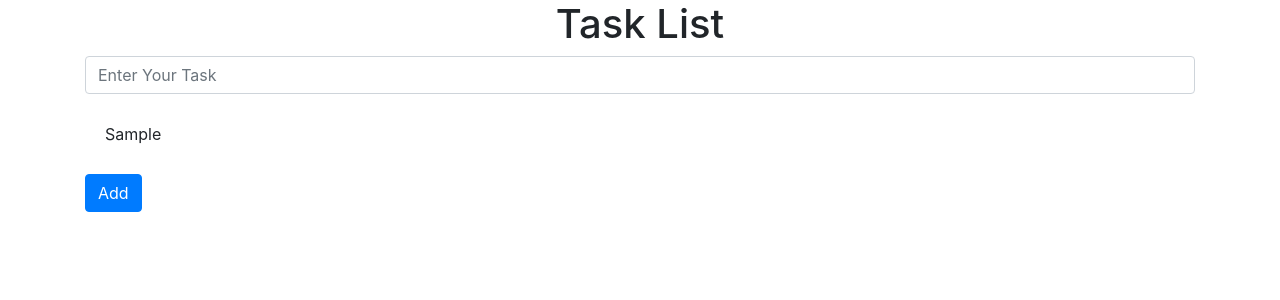
Repository: hoangphuong965/todolist
Page: index.html
The author's editor kept a copy of each file at every save. The page is drawn from the files as they stood at one save, then again after the next save.
The browser window is 1280 px wide. The pictures show the whole page.
Empty fields were first filled with sample values (such as "Sample", 5 or name@example.com).
After loading, the first visible `form.form` was submitted once.

Above is the page before, as saved 2020-09-04 14:18:53.

### index.html
<!DOCTYPE html>
<html lang="en">

<head>
     <meta charset="UTF-8">
     <meta name="viewport" content="width=device-width, initial-scale=1.0">
     <title>Document</title>
     <link rel="stylesheet" href="https://stackpath.bootstrapcdn.com/bootstrap/4.3.1/css/bootstrap.min.css"
          integrity="sha384-ggOyR0iXCbMQv3Xipma34MD+dH/1fQ784/j6cY/iJTQUOhcWr7x9JvoRxT2MZw1T" crossorigin="anonymous">
     <link rel="stylesheet" href="https://maxcdn.bootstrapcdn.com/font-awesome/4.7.0/css/font-awesome.min.css">
     <link rel="stylesheet" href="style.css">
</head>

<body>
     <div class="container">
          <h1 class="text-center">Task List</h1>
          <form class="form">
               <div class="form-group ">
                    <input type="text" class="form-control" style="outline-color: black;" placeholder="Enter Your Task">
               </div>
               <div class="list">
                    <!-- <ol class="list-group list-group-flush">
                         <li class="list-group-item grid">
                              <p>Cras justo odio</p>
                              <i class="fa fa-trash" aria-hidden="true"></i>
                         </li>
                    </ol> -->
               </div>
               <button type="submit" class="btn btn-primary">Add</button>
          </form>
     </div>
     <script src="app.js"></script>
</body>

</html>

### style.css
.grid {
  display: grid;
  grid-template-columns: auto auto;
}
i{
     margin-top: 3px;
     text-align: right;
}

### app.js
const input = document.querySelector("input");
let html = document.querySelector(".list");

const form = document.querySelector(".form");
form.addEventListener("submit", (e) => {
  e.preventDefault();
  add();
});

const add = () => {
  let ul = `
          <ol class="list-group list-group-flush grid">
               <li class="list-group-item">
                    <p>${input.value}</p>

               </li>
          </ol>
     `;
  input.value = "";
  html.innerHTML += ul;
};

After the next save:
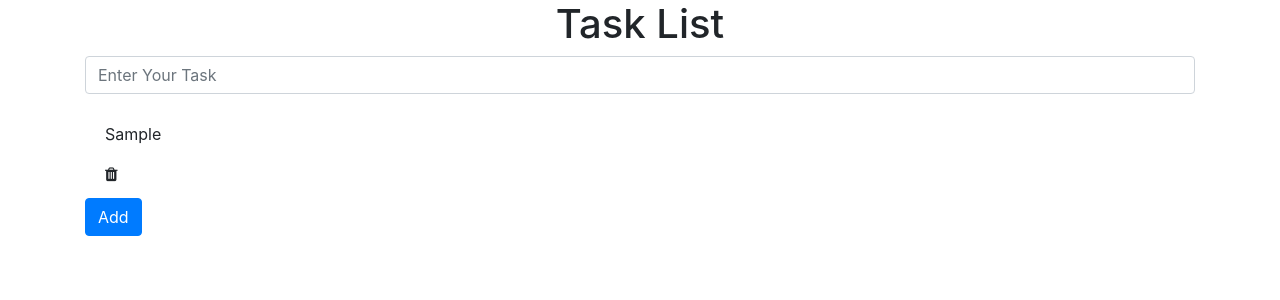
Saved 9 s later.
--- a/app.js
+++ b/app.js
@@ -12,7 +12,7 @@ const add = () => {
           <ol class="list-group list-group-flush grid">
                <li class="list-group-item">
                     <p>${input.value}</p>
-
+                     <i class="fa fa-trash" aria-hidden="true"></i>
                </li>
           </ol>
      `;
